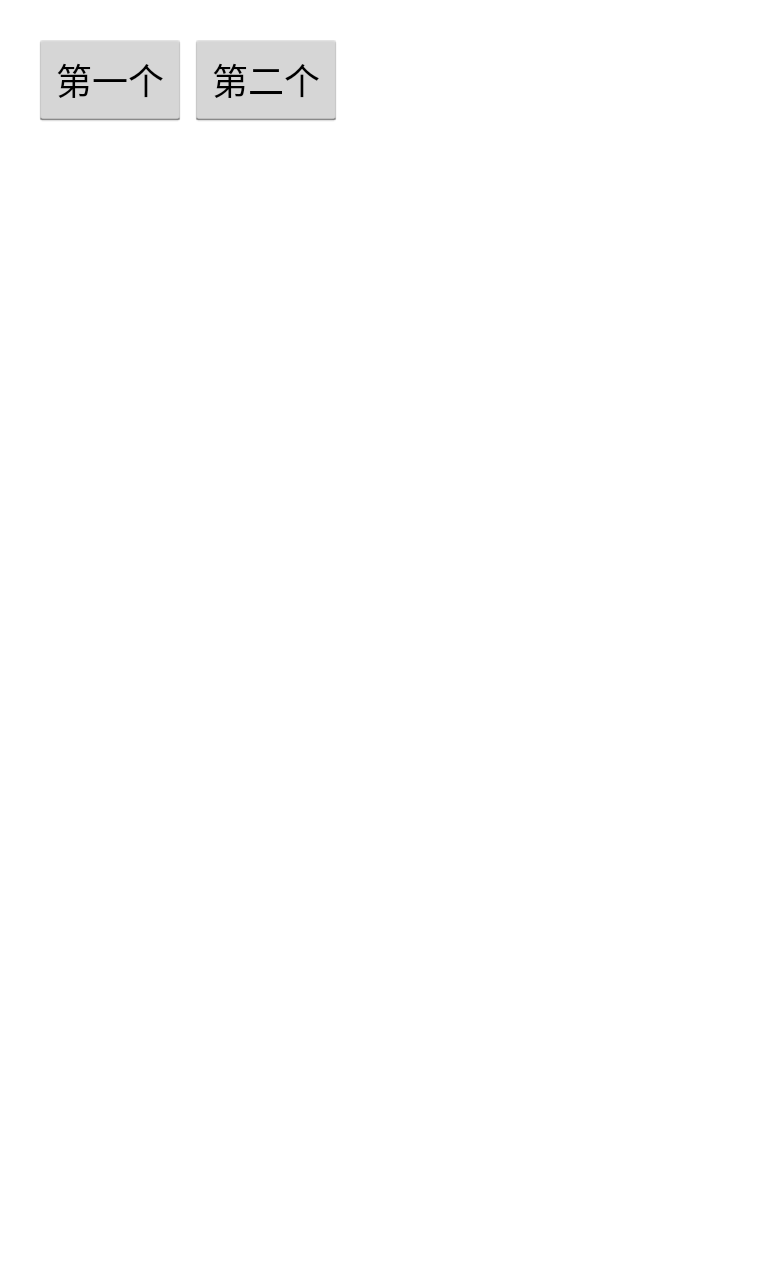
Repository: Sirius1109/AndroidDev
Layout: 02_BtClick/res/layout/activity_main.xml
An editor plug-in stored every save of this project. The layout is shown before and after the next save, followed by the edit.
It is drawn on a 768 x 1280 px phone screen (xhdpi) without system bars, with theme AppTheme; the app's code is not run.

Above is the layout before, as saved 2016-03-09 22:41:51.

After the next save:
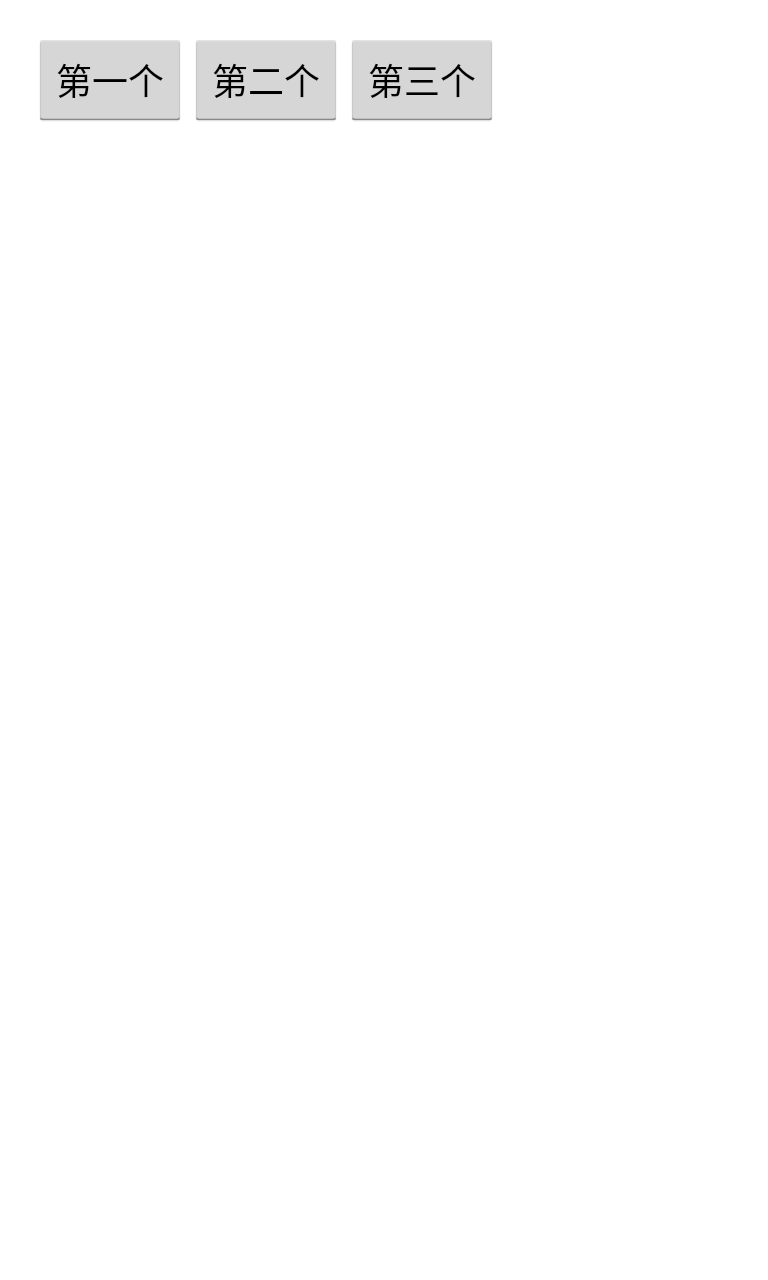
Saved 3 h 50 min later.
--- a/02_BtClick/res/layout/activity_main.xml
+++ b/02_BtClick/res/layout/activity_main.xml
@@ -21,6 +21,11 @@
        android:layout_height="wrap_content"
        android:text="第二个"
        />
-
+   <Button
+       android:layout_width="wrap_content"
+       android:layout_height="wrap_content"
+       android:text="第三个"
+       android:onClick="getScore"
+       />
 
 </LinearLayout>
